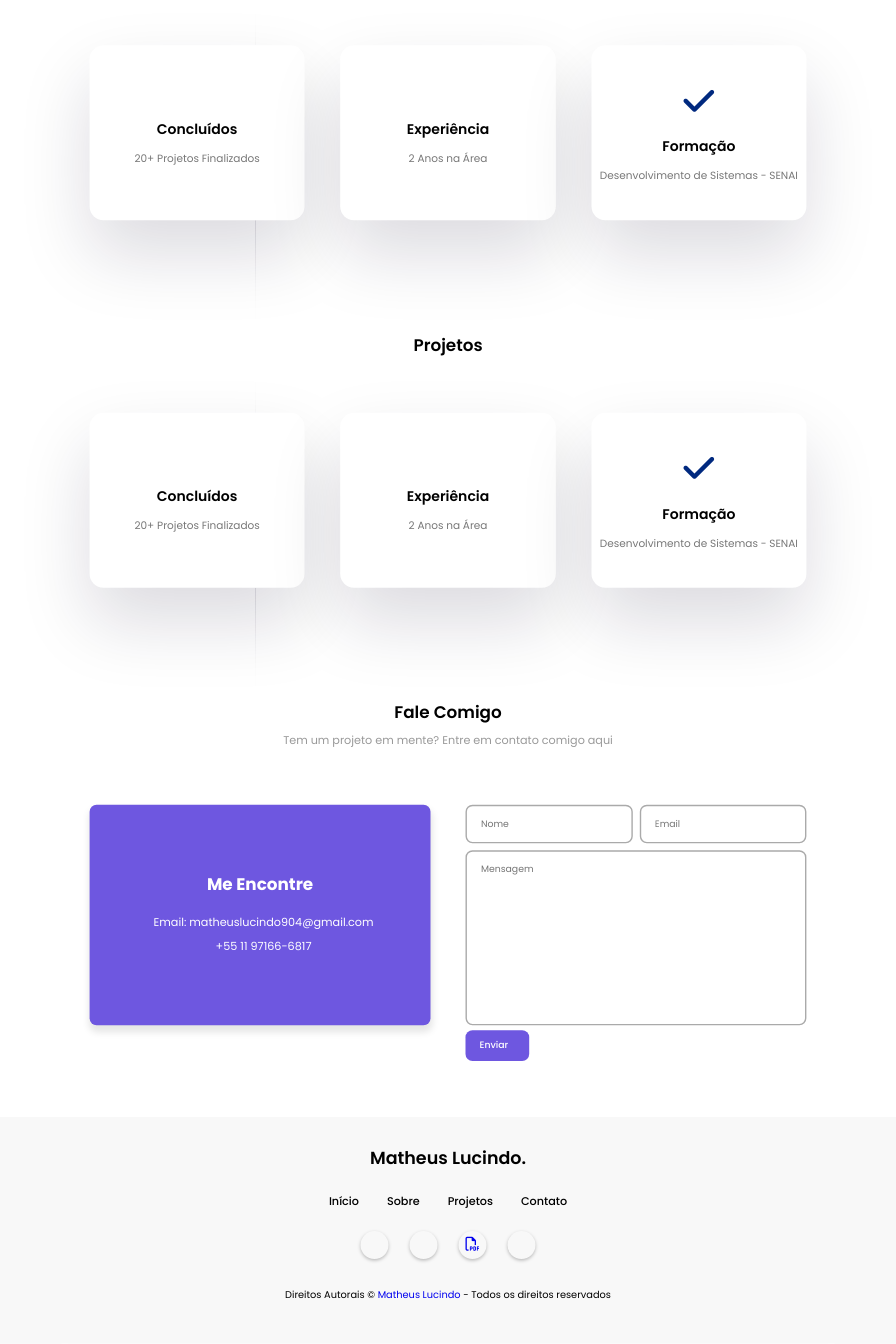
Repository: Matheus904-12/Potif-lioPremium
Page: index.html
The author's editor kept a copy of each file at every save. The page is drawn from the files as they stood at one save, then again after the next save.
The browser window is 1280 px wide. The pictures show the part of the page from y = 1454 to 3374 px (the page is 3374 px tall), at 70% of full size.
Some icons come from a web library that is not loaded, so they are not drawn. Some web libraries are served in a nearby version.

Above is the page before, as saved 2025-02-02 15:04:22.

### index.html
<!DOCTYPE html>
<html lang="pt-br">

<head>
    <meta charset="UTF-8">
    <meta name="viewport" content="width=device-width, initial-scale=1.0">

    <!-- UNICONS -->
    <link rel="stylesheet" href="https://unicons.iconscout.com/release/v4.0.8/css/line.css">
    <!-- CSS -->
    <link rel="stylesheet" href="/CSS/style.css">
    <!-- Add favicon -->
    <link rel="shortcut icon" href="IMAGE/eu4.png" type="image/x-icon">
    <link rel='stylesheet' href='https://cdn-uicons.flaticon.com/2.6.0/uicons-bold-rounded/css/uicons-bold-rounded.css'>
    <script src="https://kit.fontawesome.com/fd29053194.js" crossorigin="anonymous"></script>

    <title>Portfolio | Matheus Lucindo</title>
</head>

<body>
    <div class="container">
        <!-- --------------- CABEÇALHO --------------- -->
        <nav id="header">
            <div class="nav-logo">
                <p class="nav-name">Lucindo</p>
                <span>.</span>
            </div>
            <div class="nav-menu" id="myNavMenu">
                <ul class="nav_menu_list">
                    <li class="nav_list">
                        <a href="#home" class="nav-link active-link">Início</a>
                        <div class="circle"></div>
                    </li>
                    <li class="nav_list">
                        <a href="#about" class="nav-link">Sobre</a>
                        <div class="circle"></div>
                    </li>
                    <li class="nav_list">
                        <a href="#history" class="nav-link">Histórico</a>
                        <div class="circle"></div>
                    </li>
                    <li class="nav_list">
                        <a href="#projects" class="nav-link">Projetos</a>
                        <div class="circle"></div>
                    </li>
                    <li class="nav_list">
                        <a href="#contact" class="nav-link">Contato</a>
                        <div class="circle"></div>
                    </li>
                </ul>
            </div>
            <div class="nav-menu-btn">
                <i class="fi fi-br-bars-staggered" onclick="myMenuFunction()"></i>
            </div>
        </nav>


        <!-- -------------- PRINCIPAL ---------------- -->
        <main class="wrapper">
            <!-- -------------- DESTAQUE ---------------- -->
            <section class="featured-box" id="home">
                <div class="featured-text">
                    <div class="featured-text-card">
                        <span>Matheus Lucindo</span>
                    </div>
                    <div class="featured-name">
                        <p>Eu sou <span class="typedText"></span></p>
                    </div>
                    <div class="featured-text-info">
                        <p>Desenvolvedor Web especializado na criação de sites e aplicações modernas, focado em
                            performance, design responsivo e usabilidade.
                        </p>
                    </div>
                    <div class="social_icons">
                        <a href="https://www.instagram.com/matheus_lucindo/" target="_blank" class="icon"><i
                                class="uil uil-instagram"></i></a>
                        <a href="https://www.linkedin.com/in/matheus-lucindo-b35b68190/" target="_blank" class="icon"><i
                                class="uil uil-linkedin-alt"></i></a>
                        <a href="/PDF/CV de Matheus Lucindo dos Santos.pdf"
                            download="Currículo de Matheus Lucindo dos Santos.pdf" class="icon"
                            title="Baixar Currículo">
                            <i class="fa-regular fa-file-pdf" style="color: #6e57e0;"></i></a>
                        <a href="https://github.com/Matheus904-12" target="_blank" class="icon"><i
                                class="uil uil-github-alt"></i></a>

                    </div>
                </div>
                <div class="featured-image">
                    <div class="image">
                        <img src="/IMAGE/eu.png" alt="avatar">
                    </div>
                </div>
                <div class="scroll-icon-box">
                    <a href="#about" class="scroll-btn">
                        <i class="uil uil-mouse-alt"></i>
                        <p>Role para baixo</p>
                    </a>
                </div>

            </section>
            <!-- -------------- SOBRE ---------------- -->
            <section class="section" id="about">
                <div class="top-header">
                    <h1>Sobre Mim</h1>
                </div>
                <div class="row">
                    <div class="col">
                        <div class="about-info">
                            <h3>Minha Introdução</h3>
                            <p>
                            <p>Sou um Desenvolvedor Web apaixonado por transformar ideias em experiências digitais
                                fluidas e eficientes. Atualmente, curso um tecnólogo em Análise e Desenvolvimento de
                                Sistemas e sou formado pelo SENAI no curso técnico de Desenvolvimento de Sistemas. Com 2
                                anos de experiência, trabalho com HTML, CSS, JavaScript, React e outras tecnologias para
                                criar soluções web funcionais e de alto desempenho.</p>
                            </p>

                        </div>
                    </div>
                    <div class="col">
                        <div class="skills-box">
                            <div class="skills-header">
                                <h3>FrontEnd</h3>
                            </div>
                            <div class="skills-list">
                                <span>HTML</span>
                                <span>CSS</span>
                                <span>JavaScript</span>
                            </div>
                        </div>
                        <div class="skills-box">
                            <div class="skills-header">
                                <h3>BackEnd</h3>
                            </div>
                            <div class="skills-list">
                                <span>PHP</span>
                                <span>Node.JS</span>
                                <span>APIs</span>
                            </div>
                        </div>
                        <div class="skills-box">
                            <div class="skills-header">
                                <h3>Database</h3>
                            </div>
                            <div class="skills-list">
                                <span>MySQL</span>
                                <span>Cloud Firestore</span>
                            </div>
                        </div>
                    </div>
                </div>
            </section>

            <!-- -------------- Meu Histórico ---------------- -->

            <section class="section" id="projects">
                <div class="top-header">
                    <h1>Histórico</h1>
                </div>
                <div class="project-container">
                    <div class="project-box">
                        <i class="uil uil-briefcase-alt"></i>
                        <h3>Concluídos</h3>
                        <label>20+ Projetos Finalizados</label>
                    </div>
                    <div class="project-box">
                        <i class="uil uil-award"></i>
                        <h3>Experiência</h3>
                        <label>2 Anos na Área</label>
                    </div>
                    <div class="project-box">
                        <i class="fa-solid fa-check"></i>
                        <h3>Formação</h3>
                        <label>Desenvolvimento de Sistemas - SENAI</label>
                    </div>
                </div>
            </section>

            <!-- -------------- Projeto ---------------- -->

            <section class="section" id="history">
                <div class="top-header">
                    <h1>Projetos</h1>
                </div>
                <div class="project-container">
                    <div class="project-box">
                        <i class="uil uil-briefcase-alt"></i>
                        <h3>Concluídos</h3>
                        <label>20+ Projetos Finalizados</label>
                    </div>
                    <div class="project-box">
                        <i class="uil uil-award"></i>
                        <h3>Experiência</h3>
                        <label>2 Anos na Área</label>
                    </div>
                    <div class="project-box">
                        <i class="fa-solid fa-check"></i>
                        <h3>Formação</h3>
                        <label>Desenvolvimento de Sistemas - SENAI</label>
                    </div>
                </div>
            </section>

            <!-- -------------- CONTATO ---------------- -->

            <section class="section" id="contact">
                <div class="top-header">
                    <h1>Fale Comigo</h1>
                    <span>Tem um projeto em mente? Entre em contato comigo aqui</span>
                </div>
                <div class="row">
                    <div class="col">
                        <div class="contact-info">
                            <h2>Me Encontre <i class="uil uil-corner-right-down"></i></h2>
                            <p><i class="uil uil-envelope"></i> Email: matheuslucindo904@gmail.com</p>
                            <p><i class="uil uil-phone"></i> +55 11 97166-6817</p>
                        </div>
                    </div>
                    <div class="col">
                        <div class="form-control">
                            <form id="contactForm" action="https://api.web3forms.com/submit" method="POST">
                                <!-- Web3Forms Access Key -->
                                <input type="hidden" name="access_key" value="6fcc2d3d-5e0e-45d1-8796-744e52a1c64b" />
                                <!-- Redirecionamento desabilitado -->
                                <input type="hidden" name="redirect" value="">

                                <div class="form-inputs">
                                    <input type="text" name="name" class="input-field" placeholder="Nome" required />
                                    <input type="email" name="email" class="input-field" placeholder="Email" required />
                                </div>
                                <div class="text-area">
                                    <textarea name="message" placeholder="Mensagem" required></textarea>
                                </div>
                                <div class="form-button">
                                    <button type="submit" class="btn" id="submitButton">
                                        Enviar <i class="uil uil-message"></i>
                                    </button>
                                </div>
                                <p id="responseMessage" class="hidden"></p>
                            </form>
                        </div>
                    </div>
                </div>
            </section>


        </main>


        <!-- --------------- RODAPÉ --------------- -->
        <footer>
            <div class="top-footer">
                <p>Matheus Lucindo.</p>
            </div>
            <div class="middle-footer">
                <ul class="footer-menu">
                    <li class="footer_menu_list">
                        <a href="#home">Início</a>
                    </li>
                    <li class="footer_menu_list">
                        <a href="#about">Sobre</a>
                    </li>
                    <li class="footer_menu_list">
                        <a href="#projects">Projetos</a>
                    </li>
                    <li class="footer_menu_list">
                        <a href="#contact">Contato</a>
                    </li>
                </ul>
            </div>
            <div class="footer-social-icons">
                <div class="icon"><a href="https://www.instagram.com/matheus_lucindo/" target="_blank"><i
                            class="uil uil-instagram"></i></a></div>
                <div class="icon"><a href="https://www.linkedin.com/in/matheus-lucindo-b35b68190/" target="_blank"><i
                            class="uil uil-linkedin-alt"></i></a></div>
                <div class="icon"><a href="/PDF/CV de Matheus Lucindo dos Santos.pdf"
                        download="Currículo de Matheus Lucindo dos Santos.pdf" title="Baixar Currículo">
                        <i class="fa-regular fa-file-pdf"></i></a></div>
                <div class="icon"><a href="https://github.com/Matheus904-12" target="_blank"><i
                            class="uil uil-github-alt"></i></a></div>

            </div>
            <div class="bottom-footer">
                <p>Direitos Autorais &copy; <a href="#home" style="text-decoration: none;">Matheus Lucindo</a> - Todos
                    os direitos
                    reservados
                </p>
            </div>
        </footer>

    </div>

    <!-- ----- TYPING JS Link ----- -->
    <script src="https://unpkg.com/typed.js@2.0.16/dist/typed.umd.js"></script>

    <!-- ----- SCROLL REVEAL JS Link ----- -->
    <script src="https://unpkg.com/scrollreveal"></script>

    <!-- ----- JS ----- -->
    <script src="/JS/script.js"></script>
    <script src="/JS/enviar.js"></script>
</body>

</html>

Loaded but not shown: JS/script.js (117 lines, source omitted); JS/enviar.js (39 lines, source omitted); CSS/style.css (839 lines, source omitted)

After the next save:
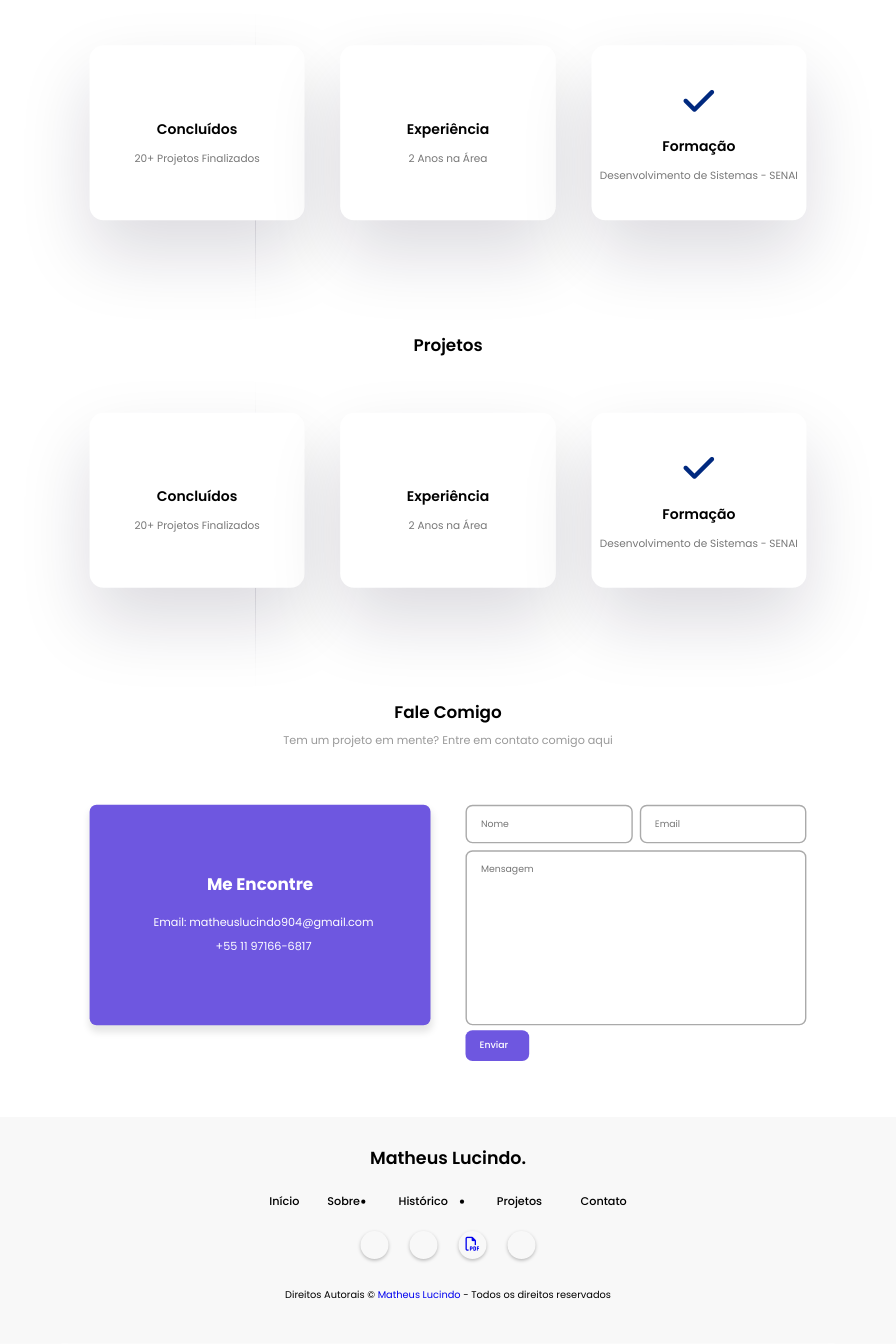
Saved 45 s later.
--- a/index.html
+++ b/index.html
@@ -260,8 +260,13 @@
                     <li class="footer_menu_list">
                         <a href="#about">Sobre</a>
                     </li>
-                    <li class="footer_menu_list">
-                        <a href="#projects">Projetos</a>
+                    <li class="nav_list">
+                        <a href="#history" class="nav-link">Histórico</a>
+                        <div class="circle"></div>
+                    </li>
+                    <li class="nav_list">
+                        <a href="#projects" class="nav-link">Projetos</a>
+                        <div class="circle"></div>
                     </li>
                     <li class="footer_menu_list">
                         <a href="#contact">Contato</a>
